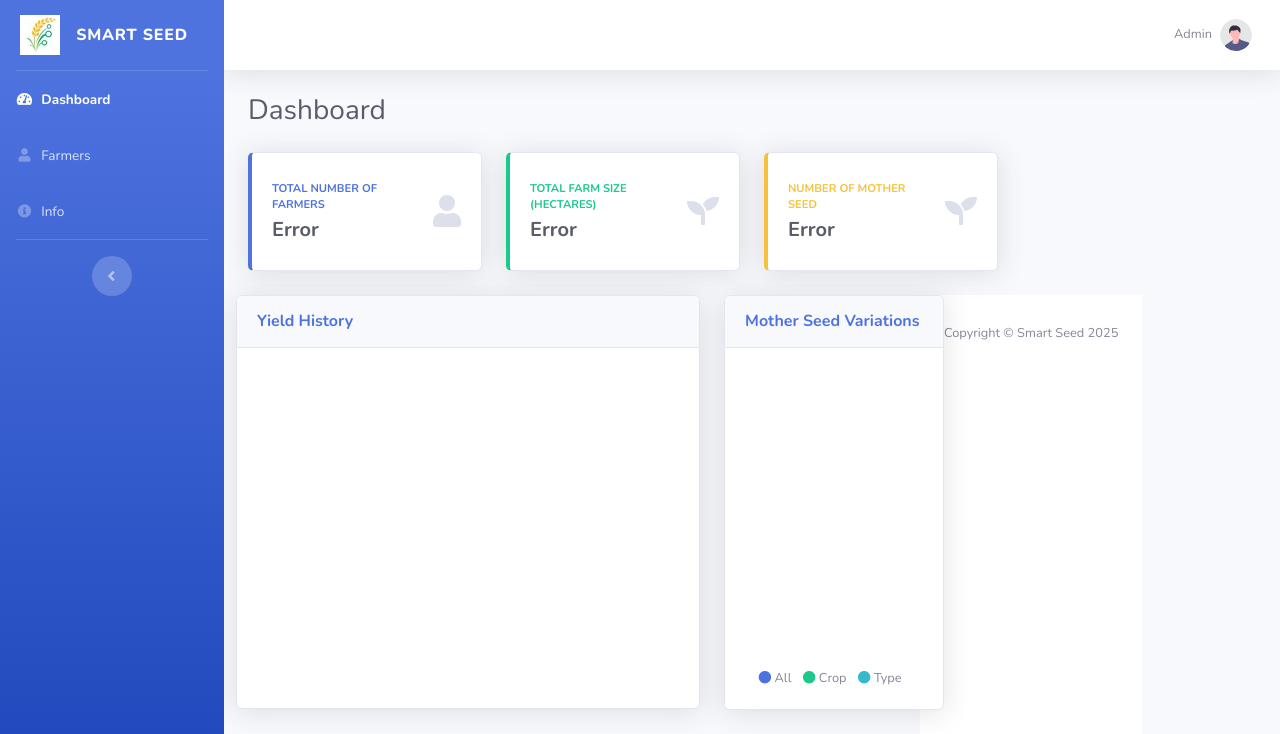
Repository: IFoundGeorge/Smart-Seed-v8-master
Page: src/guest/index.html
The author's editor kept a copy of each file at every save. The page is drawn from the files as they stood at one save, then again after the next save.
The browser window is 1280 px wide. The pictures show the whole page.
The page's requests for data from a server got no answer.

Above is the page before, as saved 2025-03-19 02:15:08.

After the next save:
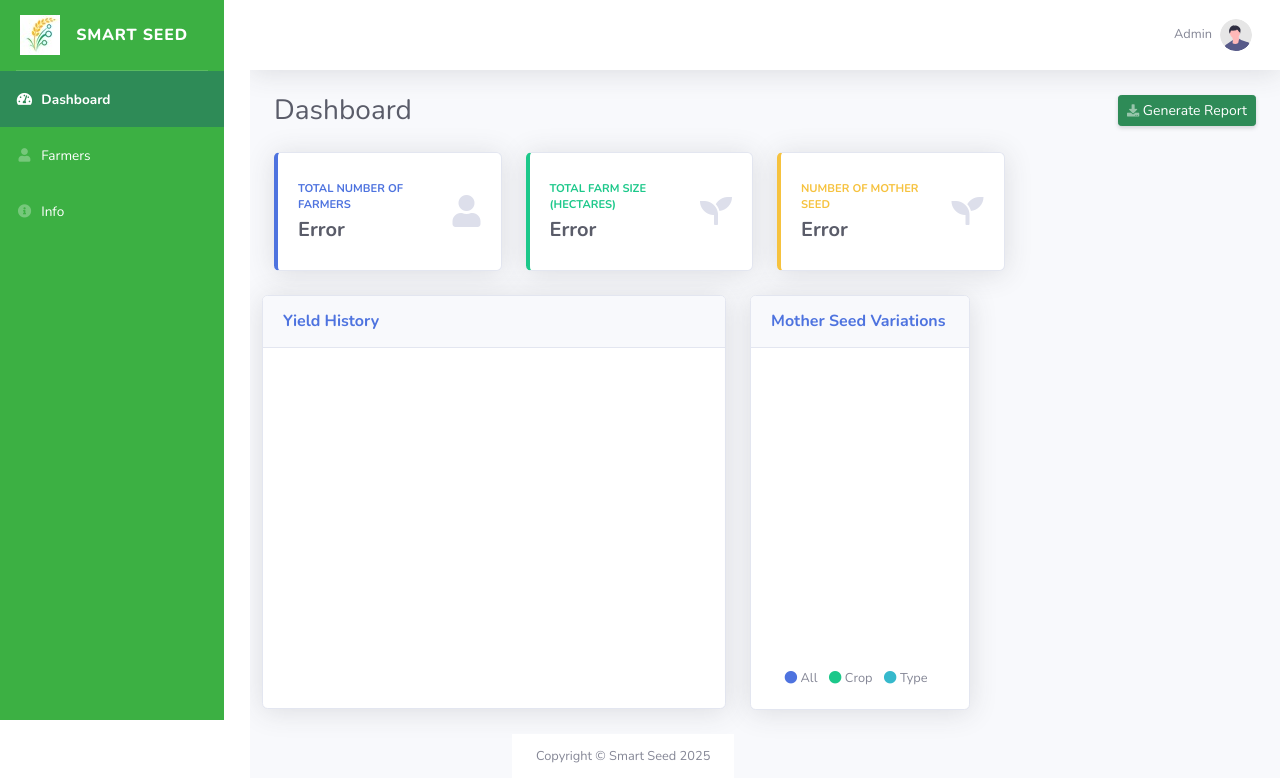
Saved 100 s later.
--- a/src/guest/index.html
+++ b/src/guest/index.html
@@ -67,6 +67,51 @@
             left: 0;
             top: 0
         }
+
+        .sidebar {
+            width: 250px;
+            min-height: 100vh;
+            position: fixed;
+            top: 0;
+            left: 0;
+            z-index: 1000;
+            overflow-y: auto;
+        }
+
+        #content-wrapper {
+            margin-left: 250px;
+            flex: 1;
+            display: flex;
+            flex-direction: column;
+        }
+
+        footer.sticky-footer {
+            position: relative;
+            bottom: 0;
+            width: 100%;
+            padding: 1rem 0;
+            background-color: #ffffff;
+            text-align: center;
+            flex-shrink: 0;
+        }
+    </style>
+    <style>
+        /* Change the color of sidebar links */
+        .sidebar .nav-item .nav-link {
+            color: white; /* Default text color */
+        }
+
+        /* Change the hover color for sidebar links */
+        .sidebar .nav-item .nav-link:hover {
+            background-color: #2e8b57; /* Darker green on hover */
+            color: white; /* Text color on hover */
+        }
+
+        /* Change the color of active sidebar links */
+        .sidebar .nav-item.active .nav-link {
+            background-color: #2e8b57; /* Darker green for active links */
+            color: white; /* Text color for active links */
+        }
     </style>
 </head>
 
@@ -76,13 +121,10 @@
     <div id="wrapper">
 
         <!-- Sidebar -->
-        <ul class="navbar-nav bg-gradient-primary sidebar sidebar-dark accordion" id="accordionSidebar">
-
+        <ul class="navbar-nav sidebar sidebar-dark accordion" id="accordionSidebar" style="background-color: #3cb043;">
             <!-- Sidebar - Brand -->
             <a class="sidebar-brand d-flex align-items-center justify-content-center" href="index.html">
-
-                    <img src="../../img/smartseed_logo.jpg" alt="Smart Seed Logo">
-
+                <img src="../img/smartseed_logo.jpg" alt="Smart Seed Logo">
                 <div class="sidebar-brand-text mx-3">Smart Seed</div>
             </a>
 
@@ -93,35 +135,27 @@
             <li class="nav-item active">
                 <a class="nav-link" href="index.html">
                     <i class="fas fa-fw fa-tachometer-alt"></i>
-                    <span>Dashboard</span></a>
+                    <span>Dashboard</span>
+                </a>
             </li>
-
 
             <!-- Nav Item - Farmers -->
             <li class="nav-item">
                 <a class="nav-link" href="farmers.html">
                     <i class="fas fa-fw fa-user"></i>
-                    <span>Farmers</span></a>
+                    <span>Farmers</span>
+                </a>
             </li>
 
             <!-- Nav Item - Info -->
             <li class="nav-item">
                 <a class="nav-link" href="info.html">
                     <i class="fas fa-fw fa-info-circle"></i>
-                    <span>Info</span></a>
+                    <span>Info</span>
+                </a>
             </li>
-
-            <!-- Divider -->
-            <hr class="sidebar-divider d-none d-md-block">
-
-            <!-- Sidebar Toggler (Sidebar) -->
-            <div class="text-center d-none d-md-inline">
-                <button class="rounded-circle border-0" id="sidebarToggle"></button>
-            </div>
-
-
-
         </ul>
+
         <!-- End of Sidebar -->
 
         <!-- Content Wrapper -->
@@ -175,7 +209,7 @@
                                 data-toggle="dropdown" aria-haspopup="true" aria-expanded="false">
                                 <span class="mr-2 d-none d-lg-inline text-gray-600 small">Admin</span>
                                 <img class="img-profile rounded-circle"
-                                    src="../../img/undraw_profile.svg">
+                                    src="../img/undraw_profile.svg">
                             </a>
                             <!-- Dropdown - User Information -->
                             <div class="dropdown-menu dropdown-menu-right shadow animated--grow-in"
@@ -203,7 +237,16 @@
                     <!-- Page Heading -->
                     <div class="d-sm-flex align-items-center justify-content-between mb-4">
                         <h1 class="h3 mb-0 text-gray-800">Dashboard</h1>
+                        <a href="#" class="d-none d-sm-inline-block btn btn-sm btn-primary shadow-sm" onclick="printPage()" style="background-color: #2e8b57; border-color: #2e8b57; color: white;">
+                            <i class="fas fa-download fa-sm text-white-50"></i> Generate Report
+                        </a>
                     </div>
+
+                    <script>
+                        function praintPage() {
+                            window.print();
+                        }
+                    </script>
 
                     <!-- Content Row -->
                     <div class="row">
@@ -415,18 +458,23 @@
             <!-- End of Main Content -->
 
             <!-- Footer -->
-            <footer class="sticky-footer bg-white">
-                <div class="container my-auto">
-                    <div class="copyright text-center my-auto">
-                        <span>Copyright &copy; Smart Seed 2025</span>
+            <div id="wrapper">
+                <div id="content-wrapper" class="d-flex flex-column">
+                    <div id="content">
+                        <!-- Page content goes here -->
                     </div>
+                    <footer class="sticky-footer bg-white">
+                        <div class="container my-auto">
+                            <div class="copyright text-center my-auto">
+                                <span>Copyright &copy; Smart Seed 2025</span>
+                            </div>
+                        </div>
+                    </footer>
                 </div>
-            </footer>
+            </div>
             <!-- End of Footer -->
 
         </div>
-        <!-- End of Content Wrapper -->
-
     </div>
     <!-- End of Page Wrapper -->
 
